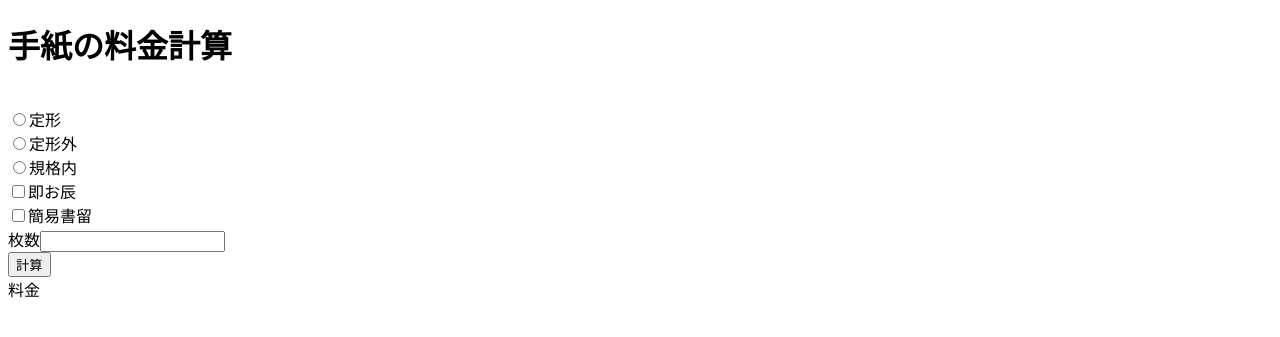
Repository: aiueo20/18ca0155
Page: SSP/kadai0601/WebContent/login.html
The author's editor kept a copy of each file at every save. The page is drawn from the files as they stood at one save, then again after a run of saves.
The browser window is 1280 px wide. The pictures show the whole page.

Above is the page before, as saved 2019-01-15 03:08:56.

### SSP/kadai0601/WebContent/login.html
<!DOCTYPE html>
<html>
<head>
<meta charset="UTF-8">
<title>Insert title here</title>
</head>
<body>

<h1>手紙の料金計算</h1><br>
<input type="radio" name="teikei" value="定形">定形<br>
<input type="radio" name="teikeigai" value="定形外">定形外<br>
<input type="radio" name="kikakunai" value="規格内">規格内<br>
<!-- <input type="radio" name="kikakugai" value="規格外">規格外<br> -->
<input type="checkbox" name="sokutatu" value="速達">即お辰<br>
<input type="checkbox" name="kannikakidome" value="簡易書留">簡易書留<br>
枚数<input type="text" name="maisu"><br>
<input type="submit" value="計算"><br>
料金


</body>
</html>

After the next 2 saves:
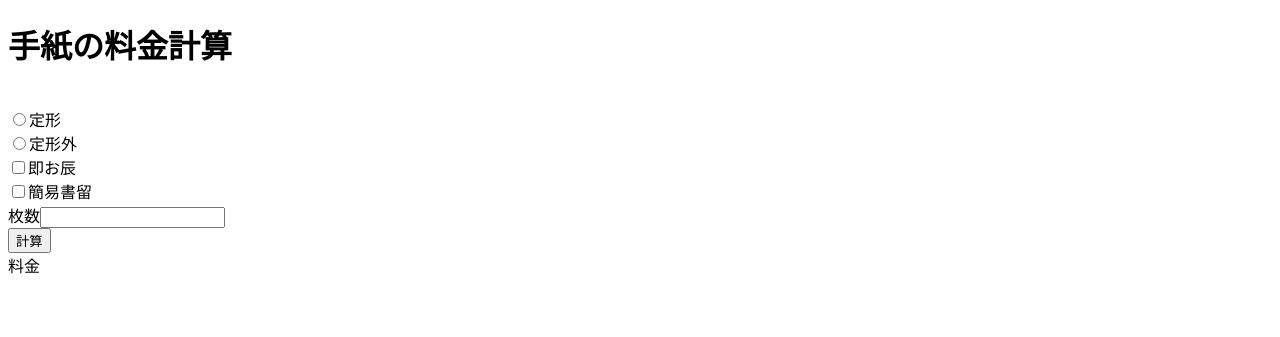
The 2 saves are shown as one change because they came seconds apart.
The last was saved 12 s later.
--- a/SSP/kadai0601/WebContent/login.html
+++ b/SSP/kadai0601/WebContent/login.html
@@ -9,8 +9,10 @@
 <h1>手紙の料金計算</h1><br>
 <input type="radio" name="teikei" value="定形">定形<br>
 <input type="radio" name="teikeigai" value="定形外">定形外<br>
+<!--
 <input type="radio" name="kikakunai" value="規格内">規格内<br>
-<!-- <input type="radio" name="kikakugai" value="規格外">規格外<br> -->
+<input type="radio" name="kikakugai" value="規格外">規格外<br>
+-->
 <input type="checkbox" name="sokutatu" value="速達">即お辰<br>
 <input type="checkbox" name="kannikakidome" value="簡易書留">簡易書留<br>
 枚数<input type="text" name="maisu"><br>
